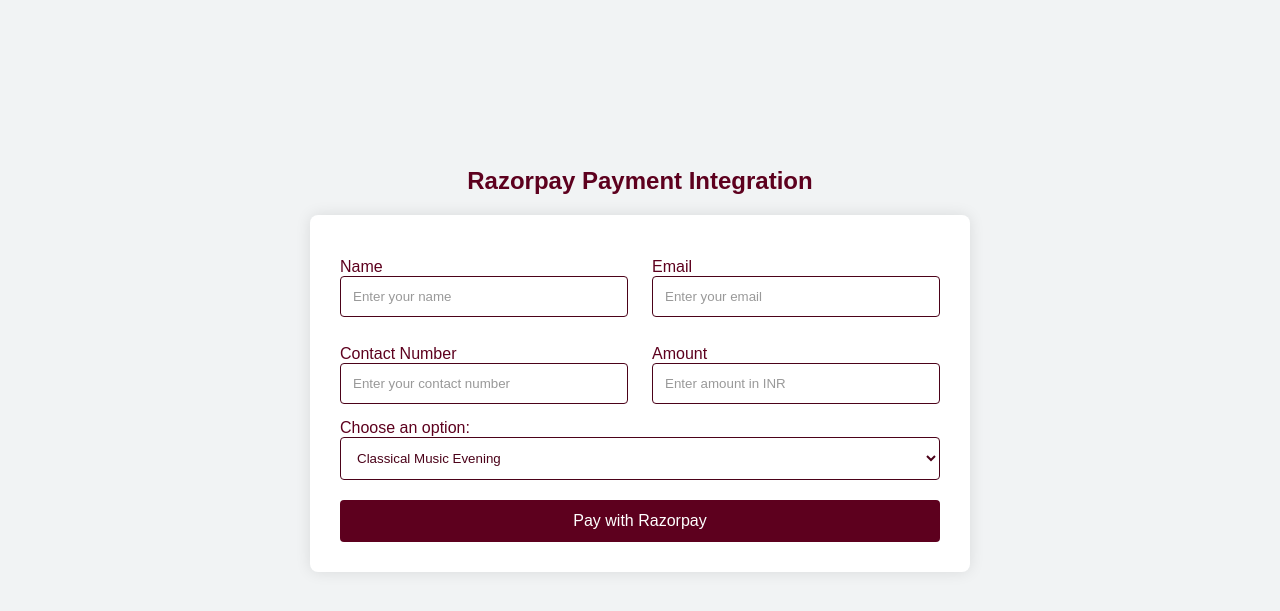
Repository: SharonSebastian32/razorpaypaymentgateway_implementation
Page: bookEventpage.html
An editor plug-in stored every save of this project. The page is shown before and after the next save, followed by the edit.
The browser window is 1280 px wide. The pictures show the whole page.

Above is the page before, as saved 2024-08-09 08:17:47.

After the next save:
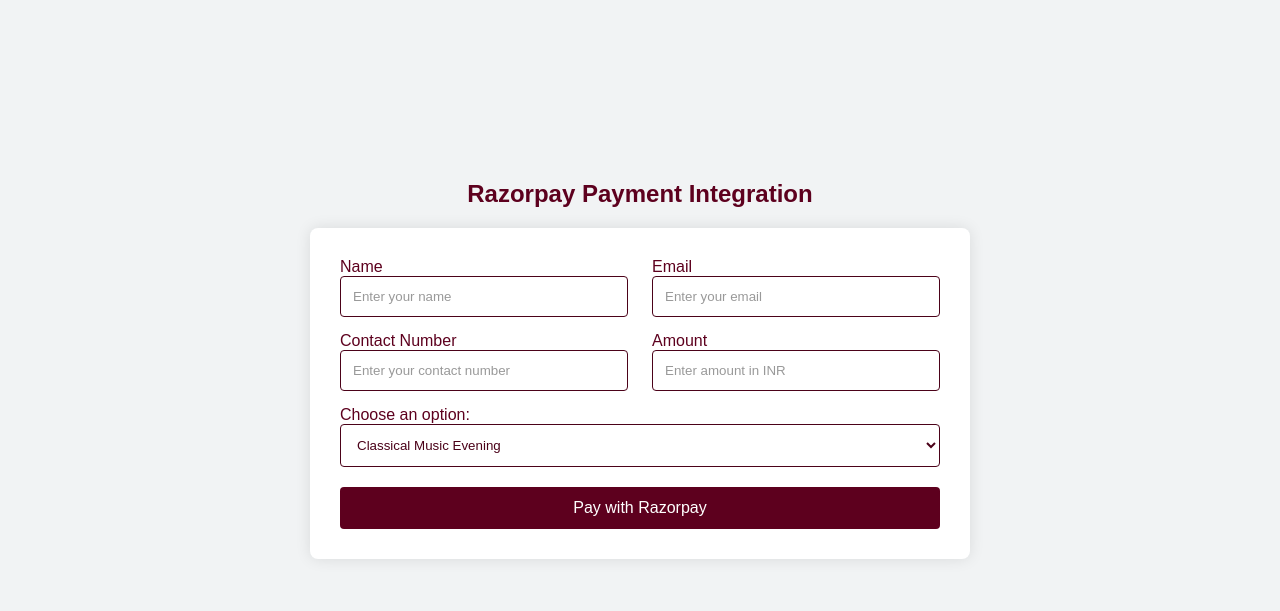
Saved 8 s later.
--- a/bookEventpage.html
+++ b/bookEventpage.html
@@ -71,7 +71,7 @@
 
       label {
         display: block;
-        margin-top: 13px;
+        margin-top: px;
         color: var(--primary-pink);
         font-weight: 300;
       }
